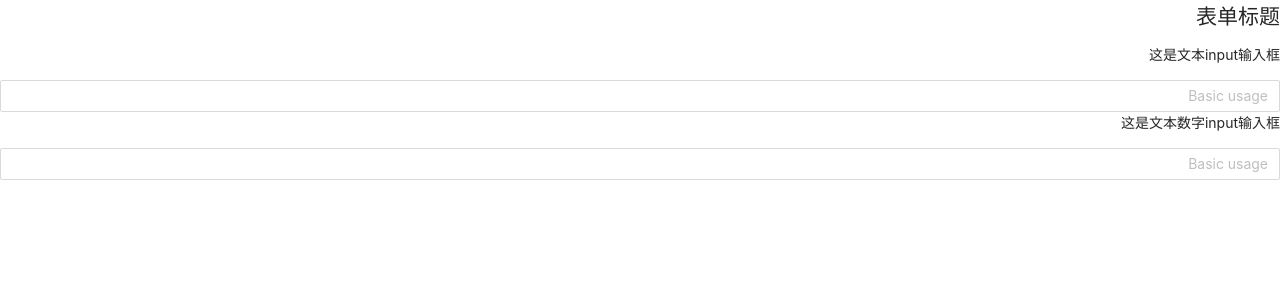
Repository: yangdi1993/form
Page: /
An editor plug-in stored every save of this project. The page is shown before and after a run of saves, followed by the edit.
The browser window is 1280 px wide. The pictures show the whole page.
The project was rebuilt for these pictures with package versions that can differ from the ones it lists, and the page was loaded fresh each time.

Above is the page before, as saved 2020-04-01 12:27:41.

After the next 3 saves:
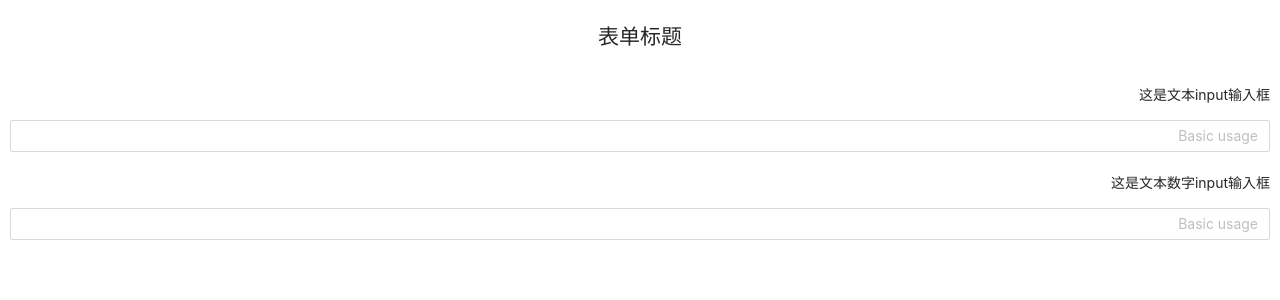
The 3 saves are shown as one change because they came seconds apart.
The last was saved 114 s later.
--- a/src/App.scss
+++ b/src/App.scss
@@ -1,21 +1,20 @@
 @import '~antd/dist/antd.css';
 .App {
   text-align: left;
-  .form-head{
-    text-align: center;
-    padding: 20px;
+}
+.form-head{
+  text-align: center;
+  padding: 20px;
+}
+.question-list{
+  padding: 0 10px;
+  .question-cell{
+    margin-bottom: 20px;
   }
-  .question-list{
-    padding: 0 10px;
-    .question-cell{
-      margin-bottom: 20px;
-    }
-    .input-title{
+  .input-title{
 
-    }
   }
 }
-
 .ar-App {
   direction: rtl;
   unicode-bidi: isolate
